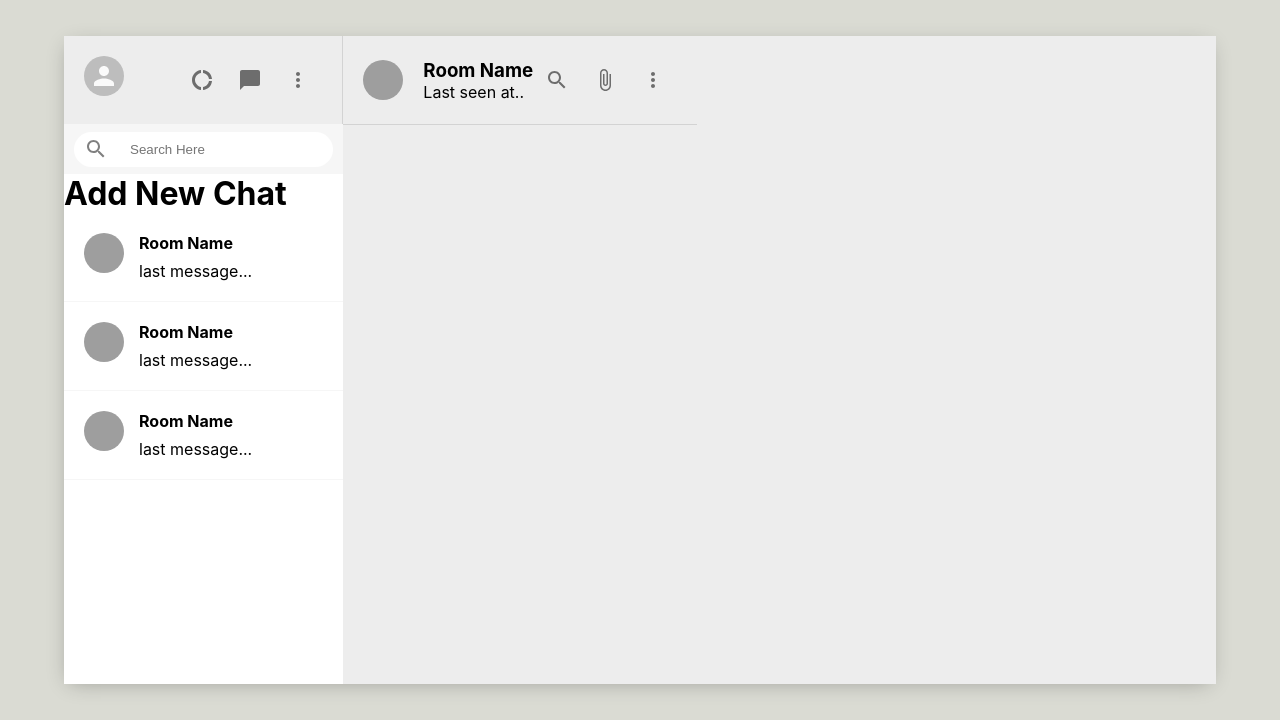
Repository: Prafullkuma/whatsappclon
Page: /
The author's editor kept a copy of each file at every save. The page is drawn from the files as they stood at one save, then again after the next save.
The browser window is 1280 px wide. The pictures show the whole page.
Pictures or frames that could not be fetched are drawn as grey boxes. The project was rebuilt for these pictures with package versions that can differ from the ones it lists, and the page was loaded fresh each time.

Above is the page before, as saved 2020-08-19 13:01:33.

After the next save:
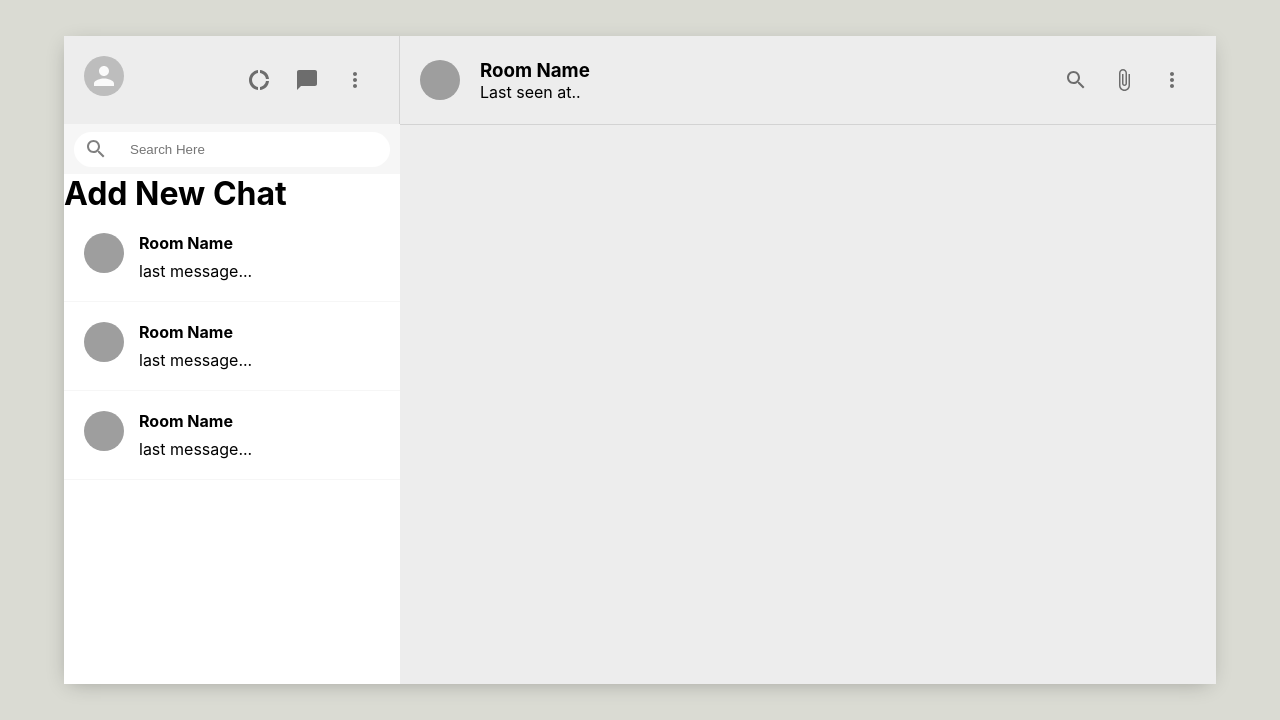
Saved 45 s later.
--- a/src/Component/mainChat.css
+++ b/src/Component/mainChat.css
@@ -1,3 +1,6 @@
+.mainChat{
+    flex: 0.85;
+}
 .mainChat_header{
     padding: 20px;
     display: flex;
